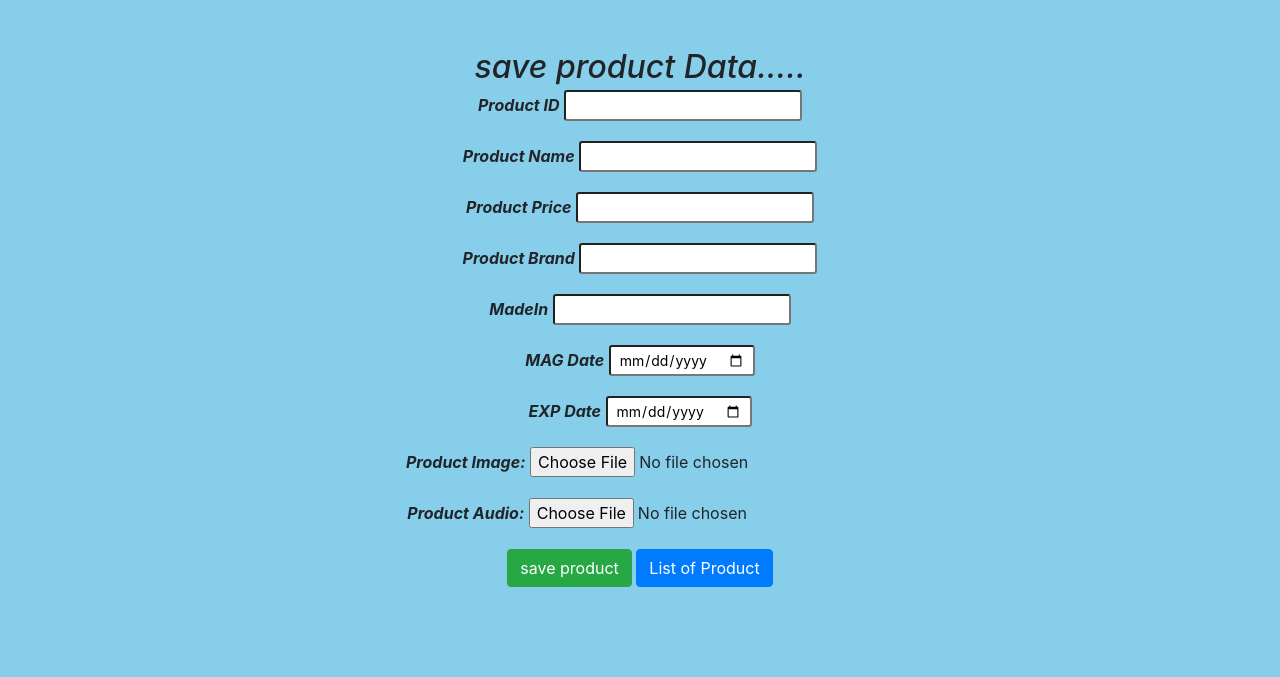
Repository: jrajesh111/Adv-java
Page: ProductAppproject/src/main/webapp/add-product.html
The author's editor kept a copy of each file at every save. The page is drawn from the files as they stood at one save, then again after the next save.
The browser window is 1280 px wide. The pictures show the whole page.

Above is the page before, as saved 2024-03-09 06:43:42.

After the next save:
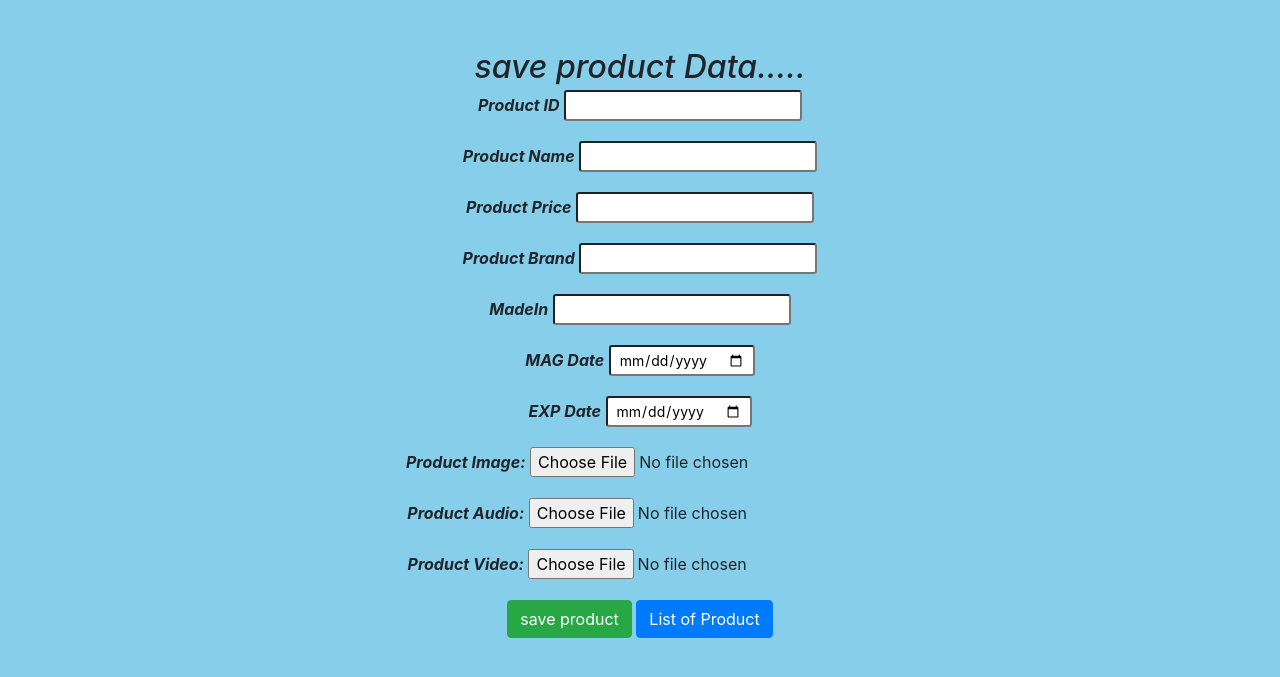
Saved 75 s later.
--- a/ProductAppproject/src/main/webapp/add-product.html
+++ b/ProductAppproject/src/main/webapp/add-product.html
@@ -69,6 +69,10 @@
 		<input type="file" class="form-control-file-sm" id="proAudio" name="proAudio" accept="audio/*" required >
 		</div>
 
+		<div class="form-group">
+		<label class="font-italic font-weight-bold" for="proVideo" > Product Video:</label>
+		<input type="file" class="form-control-file-sm" id="proVideo" name="proVideo" accept="video/*" required >
+		</div>
 
 		<div >
 		<input type="submit" class="btn btn-success" value="save product">
